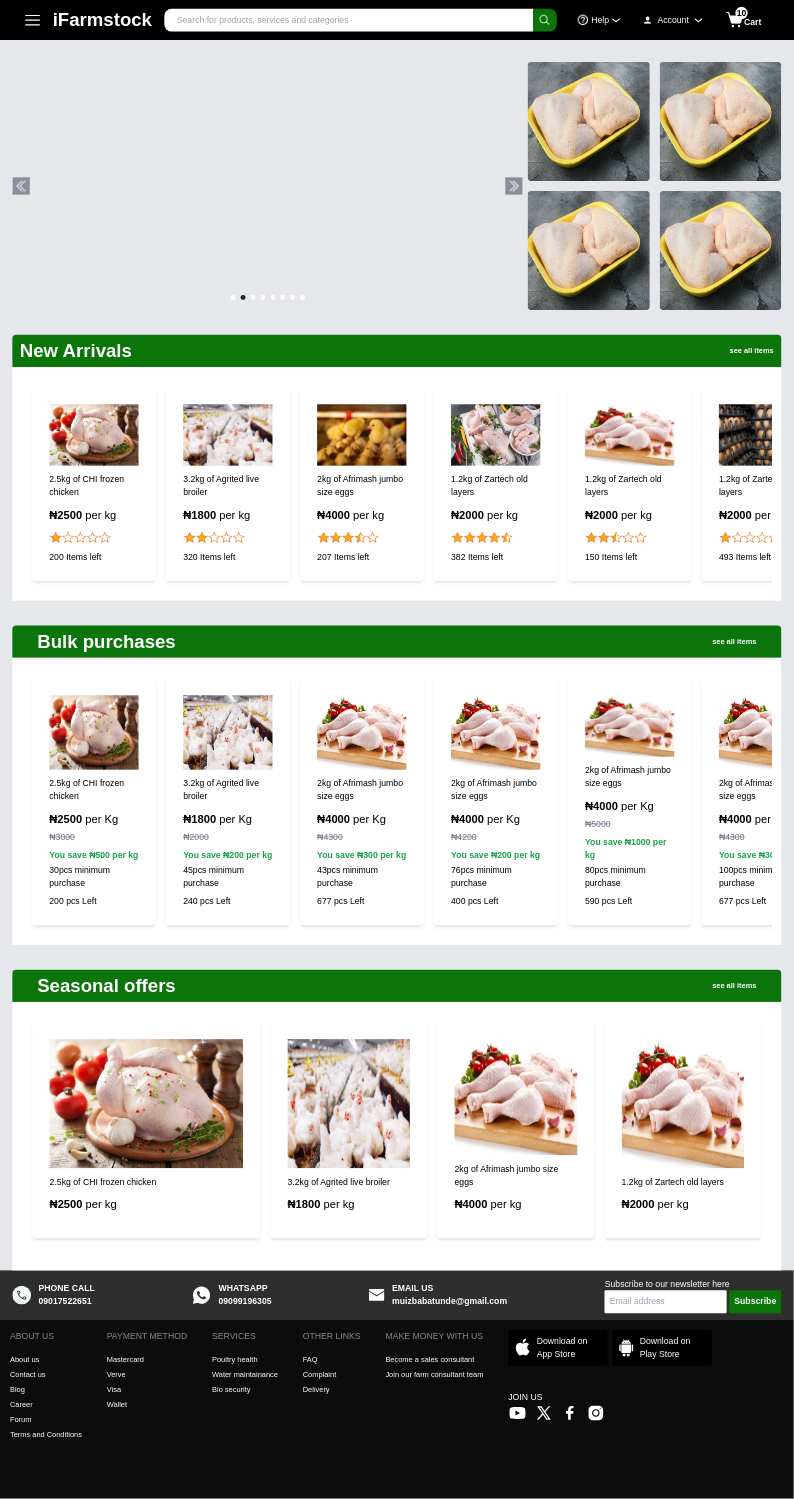
Repository: IssaMuiz/ifarmstock
Page: /
These files come from the project's save history. The page is drawn as it stood at one moment and after the next save; the edit follows.
The browser window is 1280 px wide. The pictures show the whole page, at 62% of full size.
The project was rebuilt for these pictures with package versions that can differ from the ones it lists, and the page was loaded fresh each time. The framework's server and built-in components were replaced by stand-ins that run in the browser. Also part of the build but not shown: next.config.mjs.

Above is the page before, as saved 2024-09-04 09:21:46.

### app/layout.tsx
import "@/styles/globals.css";

export const metadata = {
  title: "Grow",
  description: "Livestock farming e-commerce application",
};

export default function RootLayout({
  children,
}: {
  children: React.ReactNode;
}) {
  return (
    <html lang="en">
      <body className="bg-gray-200 h-screen w-auto">
        <section className="mb-5">{children}</section>
      </body>
    </html>
  );
}

### app/page.tsx
"use client";

import ProductSlider from "@/components/productSlider";
import ClientLayout from "@/components/clientLayout";
import NewArrivalsCards from "@/components/newArrivalsCards";
import BulkPurchasesCards from "@/components/bulkPurchasesCards";
import SeasonalCards from "@/components/seasonalCards";

const Home = () => {
  return (
    <ClientLayout>
      <div className="pt-20 tablet:mx-5 mobile:mx-2 h-auto">
        <div>
          <ProductSlider />

          <div
            className="bgColor text w-full h-auto mt-10 tablet:text-3xl mobile:text-2xl p-2 items-center rounded-t-md font-semibold flex
          justify-between px-3"
          >
            <p>New Arrivals</p>
            <p className="text-xs cursor-pointer hover:underline">
              see all items
            </p>
          </div>
          <NewArrivalsCards />
          <div
            className="bgColor text w-full h-auto mt-10 tablet:text-3xl mobile:text-2xl p-2 rounded-t-md font-semibold flex
          justify-between px-10 items-center"
          >
            <p>Bulk purchases</p>
            <p className="text-xs cursor-pointer hover:underline">
              see all items
            </p>
          </div>
          <BulkPurchasesCards />
          <div
            className="bgColor text w-full h-auto mt-10 tablet:text-3xl mobile:text-2xl p-2 rounded-t-md font-semibold flex
          justify-between px-10 items-center"
          >
            <p>Seasonal offers</p>
            <p className="text-xs cursor-pointer hover:underline">
              see all items
            </p>
          </div>
          <SeasonalCards />
        </div>
      </div>
    </ClientLayout>
  );
};

export default Home;

### styles/globals.css
@tailwind base;
@tailwind components;
@tailwind utilities;

.scrollbar {
  scrollbar-width: thin;
  scrollbar-color: gray #313131;
}

.bgColor {
  background-color: rgb(11, 116, 11);
}

.text {
  color: white;
}

body {
  font-family: Arial, Helvetica, sans-serif;
  font-size: 14px;
}

### components/productSlider.tsx
"use client";
import Image from "next/image";
import { useEffect, useState } from "react";

const ProductSlider = () => {
  const images = [
    "/assets/images/poultry-image1-slider.jpg",
    "/assets/images/poultry-image2-slider.jpg",
    "/assets/images/poultry-image3-slider.jpg",
    "/assets/images/poultry-image4-slider.jpg",
    "/assets/images/poultry-image5-slider.jpg",
    "/assets/images/poultry-image6-slider.jpg",
    "/assets/images/poultry-image7-slider.jpg",
    "/assets/images/catfish-image1-slider.jpg",
  ];

  const [index, setIndex] = useState(0);

  const handleSliceNext = () => {
    setIndex((index + 1) % images.length);
  };
  const handleSlicePrev = () => {
    setIndex((index - 1) % images.length);
  };

  const handleIndicatorClick = (i: number) => {
    setIndex(i);
  };

  useEffect(() => {
    const intervalId = setInterval(() => {
      handleSliceNext();
    }, 5000);
    return () => clearInterval(intervalId);
  }, [index]);
  return (
    <div className="flex tablet:flex-row gap-2 items-start mobile:flex-col w-full">
      <div className="relative mt-5 w-full overflow-hidden ">
        <div
          className="flex transition-transform duration-500 ease-in-out"
          style={{ transform: `translateX(-${index * 100}%)` }}
        >
          {images.map((image, i) => (
            <div key={i} className="w-full">
              <Image
                className="tablet:h-[400px] mobile:h-[200px]  rounded-md"
                src={image}
                alt={`Slide ${i + 1}`}
                width={800}
                height={200}
              />
            </div>
          ))}
        </div>
        <button
          type="button"
          onClick={handleSlicePrev}
          className="absolute left-0 top-1/2 tranform -translate-y-1/2 bg-gray-500 text-white px-1 py-1 opacity-75 hover:opacity-100 transition-opacity"
        >
          <Image
            className=""
            src="/assets/icons/arrow-left.png"
            alt="arrow-right-icon"
            width={20}
            height={20}
          />
        </button>
        <button
          type="button"
          onClick={handleSliceNext}
          className="absolute right-0 top-1/2 tranform -translate-y-1/2 bg-gray-500 text-white px-1 py-1 opacity-75 hover:opacity-100 transition-opacity"
        >
          <Image
            className=""
            src="/assets/icons/right-arrow.png"
            alt="arrow-right-icon"
            width={20}
            height={20}
          />
        </button>
        <div className="absolute bottom-4 left-0 right-0 flex justify-center space-x-2">
          {images.map((_, i) => (
            <button
              key={i}
              onClick={() => handleIndicatorClick(i)}
              className={`w-2 h-2 rounded-full ${
                index === i ? "bg-gray-800" : "bg-white"
              }`}
            />
          ))}
        </div>
      </div>
      <div className="">
        <div className="grid grid-cols-2 mt-5 gap-4">
          <Image
            className="rounded-md h-[192px] cursor-pointer"
            src="/assets/images/package-chicken2.jpg"
            alt=""
            width={300}
            height={330}
          />
          <Image
            className="rounded-md h-[192px] cursor-pointer"
            src="/assets/images/package-chicken2.jpg"
            alt=""
            width={300}
            height={330}
          />
          <Image
            className="rounded-md h-[192px] cursor-pointer"
            src="/assets/images/package-chicken2.jpg"
            alt=""
            width={300}
            height={330}
          />
          <Image
            className="rounded-md h-[192px] cursor-pointer"
            src="/assets/images/package-chicken2.jpg"
            alt=""
            width={300}
            height={330}
          />
        </div>
      </div>
    </div>
  );
};

export default ProductSlider;

### components/clientLayout.tsx
"use client";
import Navbar from "@/components/navbar";
import Sidenav from "@/components/sidenav";
import Footer from "@/components/footer";

import { useState, createContext } from "react";

export const SidebarContext = createContext({
  isOpen: false,
  toggleSidebar: () => {},
});

const ClientLayout = ({ children }: { children: React.ReactNode }) => {
  const [isOpen, setIsOpen] = useState(false);

  const toggleSidebar = () => {
    setIsOpen((prev) => !prev);
  };
  return (
    <SidebarContext.Provider value={{ isOpen, toggleSidebar }}>
      <Navbar />
      <Sidenav />
      <div
        className={`fixed inset-0 bg-black transition-opacity duration-300 ease-in-out z-10 ${
          isOpen
            ? "opacity-70 pointer-events-auto"
            : "opacity-0 pointer-events-none"
        }`}
        onClick={toggleSidebar}
      ></div>
      <section
        className={`relative z-0 transition-all duration-300 ease-in-out `}
      >
        {children}
      </section>
      <Footer />
    </SidebarContext.Provider>
  );
};

export default ClientLayout;

### components/newArrivalsCards.tsx
import Image from "next/image";
import newArrivalsCards from "../models/newArrivalsCards.json";
const NewArrivalsCards = () => {
  const sliceNewArrivals = newArrivalsCards.slice(0, 10);
  return (
    <div className="bg-white h-auto w-auto tablet:p-4 mobile:p-1">
      <div className="flex overflow-x-auto space-x-4 p-4">
        {sliceNewArrivals.map((product, index) => (
          <div
            key={index}
            className="flex shadow-md hover:shadow-xl hover:scale-[1.01] hover:transition-all hover:duration-300 hover:ease-in-out flex-col tablet:min-w-[200px] mobile:min-w-[160px] tablet:p-7 tablet:gap-3 mobile:p-2 mobile:gap-1 rounded-md cursor-pointer"
          >
            <Image
              src={product.image}
              alt="poultry"
              width={150}
              height={100}
              className="h-full w-full"
            />
            <div className="text-md">
              <p className="line-clamp-2 mb-3">
                <span>{product.weight}</span> of {product.name}
              </p>
              <p className="font-semibold text-lg mb-3">
                &#8358;{product.Price}
                <span className="text-md font-extralight"> per kg</span>
              </p>
              <div className="mb-3">
                <Image
                  src={product.rating}
                  alt="rating-icon"
                  width={100}
                  height={60}
                />
              </div>
              <div className="">{product.itemsLeft} Items left</div>
            </div>
          </div>
        ))}
      </div>
    </div>
  );
};

export default NewArrivalsCards;

### components/bulkPurchasesCards.tsx
import Image from "next/image";
import bulkPurchasesCards from "@/models/bulkPurchasesCards.json";
const BulkPurchasesCard = () => {
  const sliceBulkPurchase = bulkPurchasesCards.slice(0, 8);
  return (
    <div className="bg-white h-auto w-auto tablet:p-4 mobile:p-1">
      <div className="flex overflow-x-auto space-x-4 p-4">
        {sliceBulkPurchase.map((product, index) => (
          <div
            key={index}
            className="flex shadow-md hover:shadow-xl hover:scale-[1.01] hover:transition-all hover:duration-300 hover:ease-in-out flex-col tablet:min-w-[200px] mobile:min-w-[160px] tablet:p-7 tablet:gap-3 mobile:p-2 mobile:gap-1 rounded-md cursor-pointer"
          >
            <Image
              src={product.image}
              alt="poultry"
              width={150}
              height={100}
              className="h-full w-full"
            />
            <div className="text-md">
              <p className="line-clamp-2 mb-3">
                <span>{product.weight}</span> of {product.name}
              </p>
              <p className="font-semibold text-lg mb-1">
                &#8358;{product.Price}
                <span className="text-md font-extralight"> per Kg</span>
              </p>
              <p className="mb-2 line-through text-gray-500">
                &#8358;{product.discount}
              </p>
              <p className="text-green-600 font-semibold mb-1">
                You save &#8358;{product.discount - product.Price} per kg
              </p>
              <p className="mb-2">{product.minimum}pcs minimum purchase</p>
              <p>{product.itemsLeft} pcs Left</p>
            </div>
          </div>
        ))}
      </div>
    </div>
  );
};

export default BulkPurchasesCard;

### components/seasonalCards.tsx
import Image from "next/image";
import seasonalCards from "@/models/seasonalCards.json";
const SeasonalCards = () => {
  return (
    <div className="bg-white h-auto w-auto tablet:p-4 mobile:p-1">
      <div className="flex overflow-x-auto space-x-4 p-4 mb-5">
        {seasonalCards.map((product, index) => (
          <div
            key={index}
            className="flex shadow-md hover:shadow-xl hover:scale-[1.01] hover:transition-all hover:duration-300 hover:ease-in-out flex-col tablet:min-w-[200px] mobile:min-w-[160px] tablet:p-7 tablet:gap-3 mobile:p-2 mobile:gap-1 rounded-md cursor-pointer"
          >
            <Image
              src={product.image}
              alt="poultry"
              width={150}
              height={100}
              className="h-full w-full"
            />
            <div className="text-md">
              <p className="line-clamp-2 mb-3">
                <span>{product.weight}</span> of {product.name}
              </p>
              <p className="font-semibold text-lg mb-3">
                &#8358;{product.Price}
                <span className="text-md font-extralight"> per kg</span>
              </p>
            </div>
          </div>
        ))}
      </div>
    </div>
  );
};

export default SeasonalCards;

### components/navbar.tsx
"use client";
import Image from "next/image";
import { useContext } from "react";
import { SidebarContext } from "./clientLayout";
const Navbar = () => {
  const { toggleSidebar } = useContext(SidebarContext);
  return (
    <nav>
      <div className="Tablet-nav mobile:hidden tablet:flex fixed bg-black text w-full h-16 flex items-center justify-between top-0 left-0 right-0 px-10 z-10">
        <button onClick={toggleSidebar}>
          <svg
            className="fill-white hover:fill-[green] cursor-pointer"
            xmlns="http://www.w3.org/2000/svg"
            viewBox="0 0 50 50"
            width="25px"
            height="25px"
          >
            <path d="M 3 8 A 2.0002 2.0002 0 1 0 3 12 L 47 12 A 2.0002 2.0002 0 1 0 47 8 L 3 8 z M 3 23 A 2.0002 2.0002 0 1 0 3 27 L 47 27 A 2.0002 2.0002 0 1 0 47 23 L 3 23 z M 3 38 A 2.0002 2.0002 0 1 0 3 42 L 47 42 A 2.0002 2.0002 0 1 0 47 38 L 3 38 z" />
          </svg>
        </button>
        <div className="Leftnav text text-3xl font-semibold cursor-pointer ml-5">
          iFarmstock
        </div>
        <div className="Middlenav flex flex-1 mx-5 max-w-[700px] items-center">
          <input
            className=" px-5 py-2 w-full rounded-l-xl text-black outline-none"
            type="text"
            placeholder="Search for products, services and categories"
          />
          <div className="h-[37px] w-10 bgColor pt-2 pl-2 rounded-r-xl cursor-pointer">
            <Image
              className=""
              src="/assets/icons/search.png"
              alt="search-icon"
              width={20}
              height={20}
            />
          </div>
        </div>
        <div className="Rightnav flex items-center justify-between gap-3">
          <div className="flex items-center gap-1 cursor-pointer rounded-md p-3 hover:bg-[green]">
            <Image
              src="/assets/icons/help.png"
              alt="help-icon"
              width={20}
              height={20}
            />
            <p className="">Help</p>
            <Image
              src="/assets/icons/arrow-down.png"
              alt="help-icon"
              width={15}
              height={15}
            />
          </div>
          <div className="flex items-center gap-2  cursor-pointer rounded-md p-3 hover:bg-[green]">
            <Image
              src="/assets/icons/account.png"
              alt="help-icon"
              width={15}
              height={15}
            />
            <p>Account</p>
            <Image
              src="/assets/icons/arrow-down.png"
              alt="help-icon"
              width={15}
              height={15}
            />
          </div>
          <div className="flex relative cursor-pointer p-3 hover:bg-[green] rounded-md">
            <Image
              src="/assets/icons/cart.png"
              alt="cart-icon"
              width={30}
              height={20}
            />
            <p className="bg-white h-5 w-5 rounded-full text-black absolute left-7 bottom-7 text-center font-semibold">
              10
            </p>
            <p className="font-semibold mt-2 ">Cart</p>
          </div>
        </div>
      </div>
      <div className="Mobile-nav mobile:flex flex-col tablet:hidden fixed top-0 left-0 right-0 h-24 w-full items-center py-3 gap-2 bg-black text z-10 px-3">
        <div className=" flex items-center justify-between w-full">
          <div className="flex gap-3 items-center">
            <button onClick={toggleSidebar}>
              <svg
                className="fill-white hover:fill-[green] cursor-pointer"
                xmlns="http://www.w3.org/2000/svg"
                viewBox="0 0 50 50"
                width="20px"
                height="20px"
              >
                <path d="M 3 8 A 2.0002 2.0002 0 1 0 3 12 L 47 12 A 2.0002 2.0002 0 1 0 47 8 L 3 8 z M 3 23 A 2.0002 2.0002 0 1 0 3 27 L 47 27 A 2.0002 2.0002 0 1 0 47 23 L 3 23 z M 3 38 A 2.0002 2.0002 0 1 0 3 42 L 47 42 A 2.0002 2.0002 0 1 0 47 38 L 3 38 z" />
              </svg>
            </button>
            <p className="text-lg font-semibold">iFarmstock</p>
          </div>
          <div className="flex items-center gap-2">
            <div className=" cursor-pointer">
              <Image
                src="/assets/icons/account.png"
                alt="account-icon"
                width={25}
                height={25}
              />
            </div>
            <div className="flex relative cursor-pointer rounded-md">
              <Image
                src="/assets/icons/cart.png"
                alt="cart-icon"
                width={25}
                height={15}
              />
              <p className="bg-white h-5 w-5 rounded-full text-black absolute left-3 bottom-3 text-center font-semibold">
                10
              </p>
            </div>
          </div>
        </div>
        <div className="w-full">
          <div className="flex items-center w-full">
            <div className="flex-1">
              <input
                className=" px-5 py-2 rounded-l-md text-black outline-nonem w-full"
                type="text"
                placeholder="Search for products, services and categories"
              />
            </div>
            <div className="h-[37px] w-10 bgColor pt-2 pl-2 rounded-r-md cursor-pointer">
              <Image
                className=""
                src="/assets/icons/search.png"
                alt="search-icon"
                width={20}
                height={20}
              />
            </div>
          </div>
        </div>
      </div>
    </nav>
  );
};

export default Navbar;

### components/sidenav.tsx
"use client";
import Image from "next/image";
import Link from "next/link";
import { useState } from "react";
import { useContext } from "react";
import { SidebarContext } from "./clientLayout";
const Sidenav = () => {
  const { toggleSidebar } = useContext(SidebarContext);
  const [categories, setCategories] = useState([
    {
      id: "1",
      name: "Broiler",
      expanded: false,
      arrowIcon: "/assets/icons/arrow-icon--right.png",
      dropdownlink: [
        { name: "Day Old Chicks", link: "/" },
        { name: "Matured Broilers", link: "/" },
        { name: "Frozen Chicken", link: "/" },
      ],
    },
    {
      id: "2",
      name: "Layers",
      expanded: false,
      arrowIcon: "/assets/icons/arrow-icon--right.png",
      dropdownlink: [
        { name: "Pullet", link: "/" },
        { name: "Point Of Lay", link: "/" },
        { name: "Old Layers", link: "/" },
      ],
    },
    {
      id: "3",
      name: "Catfish",
      expanded: false,

      arrowIcon: "/assets/icons/arrow-icon--right.png",
      dropdownlink: [
        { name: "Fingerlings/Juvenile", link: "/" },
        { name: "Matured Catfish", link: "/" },
        { name: "Smoked Catfish", link: "/" },
      ],
    },
    {
      id: "4",
      name: "Poultry-Eggs",
      expanded: false,

      arrowIcon: "/assets/icons/arrow-icon--right.png",
      dropdownlink: [
        { name: "Jumbo-size", link: "/" },
        { name: "Small-size", link: "/" },
        { name: "packaged-eggs", link: "/" },
      ],
    },
  ]);

  const handleDropdown = (id: string) => {
    setCategories((prev) =>
      prev.map((category) =>
        category.id === id
          ? { ...category, expanded: !category.expanded }
          : category
      )
    );
  };

  const { isOpen } = useContext(SidebarContext);
  return (
    <nav>
      <div
        className={`fixed overflow-x-hidden scrollbar h-auto overflow-auto z-20 left-0 top-0 bottom-0 tablet:w-[300px] mobile:w-[250px] transform transition-transform duration-300  bg-gray-100 ${
          isOpen ? "translate-x-0" : "-translate-x-full"
        }`}
      >
        <button
          onClick={toggleSidebar}
          className="absolute text top-2 right-2 text-4xl font-thin"
        >
          &times;
        </button>
        <div className="bgColor h-14 flex items-center text text-2xl pl-5 font-semibold gap-3">
          <Image
            src="/assets/icons/account.png"
            alt="profile-icon"
            height={25}
            width={25}
          />
          <p>Hello User</p>
        </div>
        <div className=" ">
          {categories.map((category) => (
            <div onClick={() => handleDropdown(category.id)} key={category.id}>
              <div className="text-lg flex justify-between items-center font-semibold hover:bg-gray-300 mt-5 p-2 cursor-pointer">
                <div>{category.name}</div>

                <Image
                  className={`${
                    category.expanded &&
                    "rotate-90 duration-300 transition-transform"
                  } h-4 w-4`}
                  src={category.arrowIcon}
                  alt="arrow-icon"
                  width={3}
                  height={3}
                />
              </div>

              <div>
                {category.expanded && (
                  <div>
                    {category.dropdownlink.map((dropdown, index) => (
                      <div className="hover:bg-gray-300" key={index}>
                        <Link href={dropdown.link}>
                          <div className="p-3 text-md ">{dropdown.name}</div>
                        </Link>
                      </div>
                    ))}
                  </div>
                )}
              </div>
            </div>
          ))}
        </div>
      </div>
    </nav>
  );
};

export default Sidenav;

### tailwind.config.ts
import type { Config } from "tailwindcss";

const config: Config = {
  content: [
    "./pages/**/*.{js,ts,jsx,tsx,mdx}",
    "./components/**/*.{js,ts,jsx,tsx,mdx}",
    "./app/**/*.{js,ts,jsx,tsx,mdx}",
  ],
  theme: {
    extend: {
      screens: {
        mobile: "320px",
        tablet: "768px",
        desktop: "1024px",
      },
    },
  },
  plugins: [],
};
export default config;

Loaded but not shown: models/newArrivalsCards.json (162 lines, source omitted); models/bulkPurchasesCards.json (110 lines, source omitted); models/seasonalCards.json (26 lines, source omitted); components/footer.tsx (335 lines, source omitted)

After the next save:
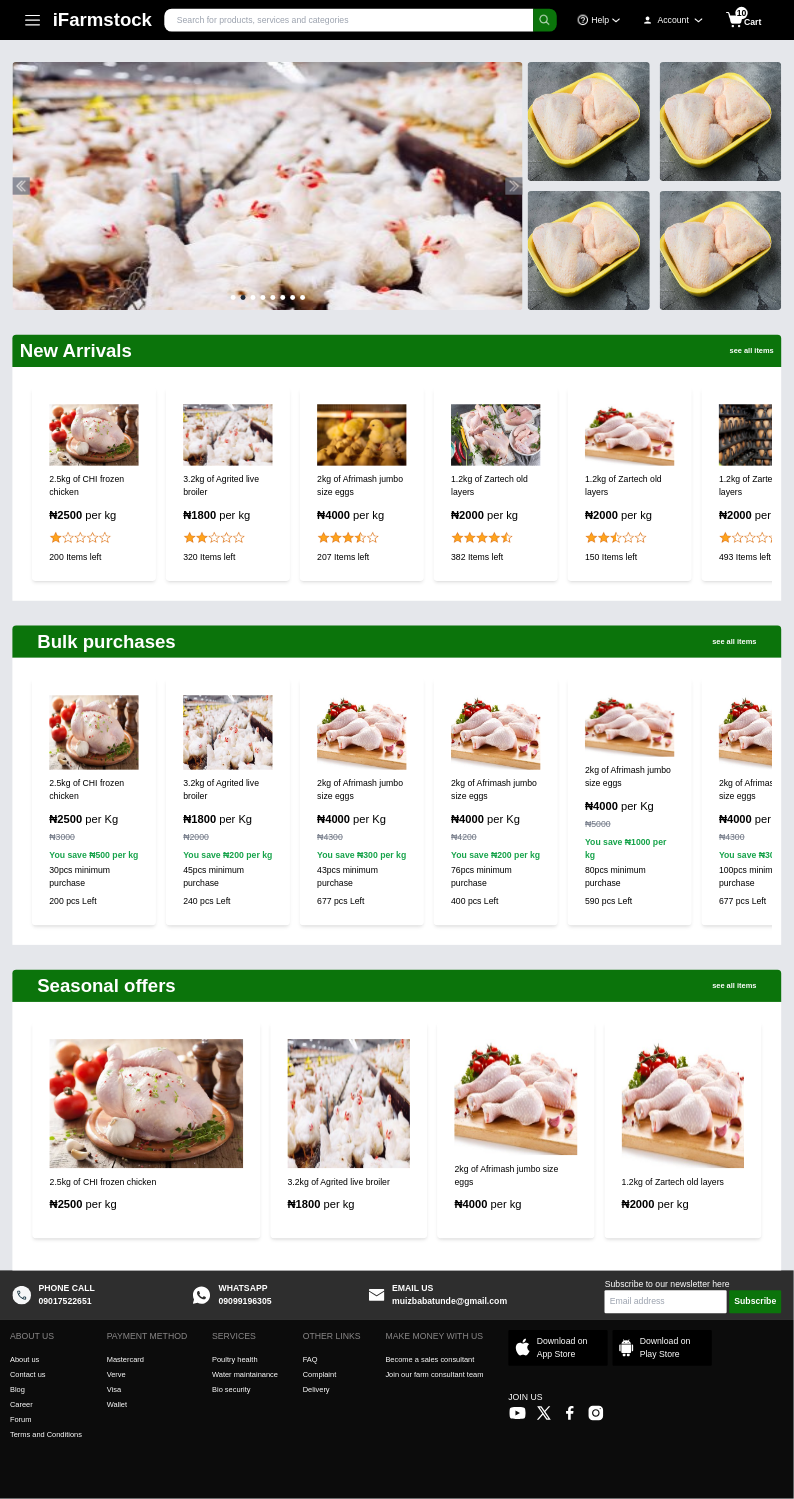
Saved 93 s later.
--- a/components/productSlider.tsx
+++ b/components/productSlider.tsx
@@ -41,9 +41,9 @@ const ProductSlider = () => {
           style={{ transform: `translateX(-${index * 100}%)` }}
         >
           {images.map((image, i) => (
-            <div key={i} className="w-full">
+            <div key={i} className="min-w-full">
               <Image
-                className="tablet:h-[400px] mobile:h-[200px]  rounded-md"
+                className="tablet:h-[400px] mobile:h-[200px]  w-full rounded-md"
                 src={image}
                 alt={`Slide ${i + 1}`}
                 width={800}
